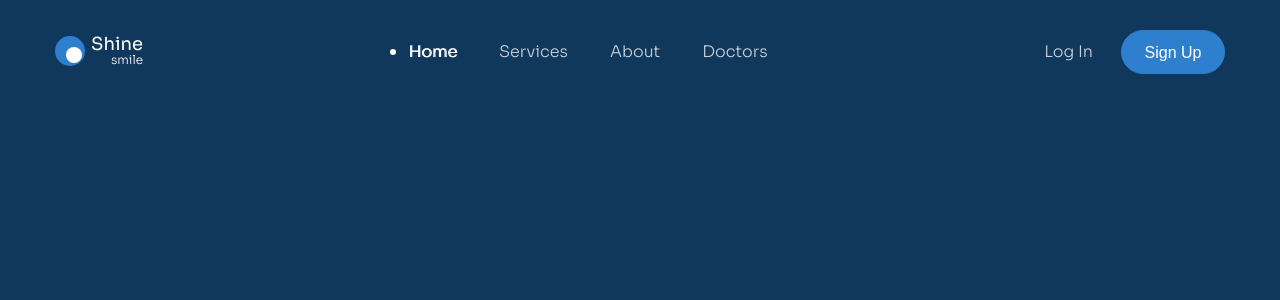
Repository: Tran-Dat/F8_Project_03
Page: index.html
The author's editor kept a copy of each file at every save. The page is drawn from the files as they stood at one save, then again after the next save.
The browser window is 1280 px wide. The pictures show the whole page.

Above is the page before, as saved 2023-04-03 10:13:29.

After the next save:
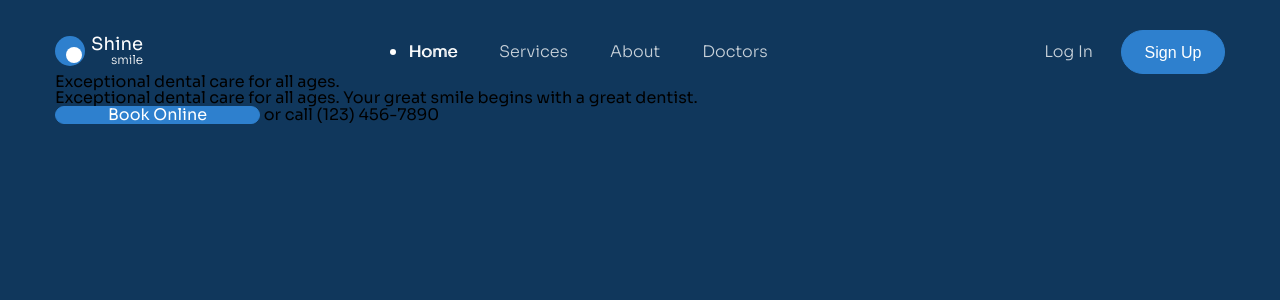
Saved 6 min 54 s later.
--- a/index.html
+++ b/index.html
@@ -95,6 +95,7 @@
     <body>
         <header class="header">
             <div class="container">
+                <!-- Header top -->
                 <div class="header-top">
                     <!-- Logo -->
                     <a href="/">
@@ -140,6 +141,34 @@
                         </button>
                     </div>
                 </div>
+
+                <!-- Hero -->
+                <section class="hero">
+                    <!-- Hero content -->
+                    <section class="hero__content">
+                        <h1 class="hero__heading">
+                            Exceptional dental care for all ages.
+                        </h1>
+                        <p class="hero__desc">
+                            Exceptional dental care for all ages. Your great
+                            smile begins with a great dentist.
+                        </p>
+                        <div class="hero__row">
+                            <a href="" class="btn">Book Online</a>
+                            <span class="hero__phone"
+                                >or call (123) 456-7890</span
+                            >
+                        </div>
+                    </section>
+
+                    <!-- Hero media -->
+                    <div class="hero__media">
+                        <figure class="hero__images">
+                            <img src="" alt="" class="hero__img" />
+                            <img src="" alt="" class="hero__img" />
+                        </figure>
+                    </div>
+                </section>
             </div>
         </header>
     </body>
